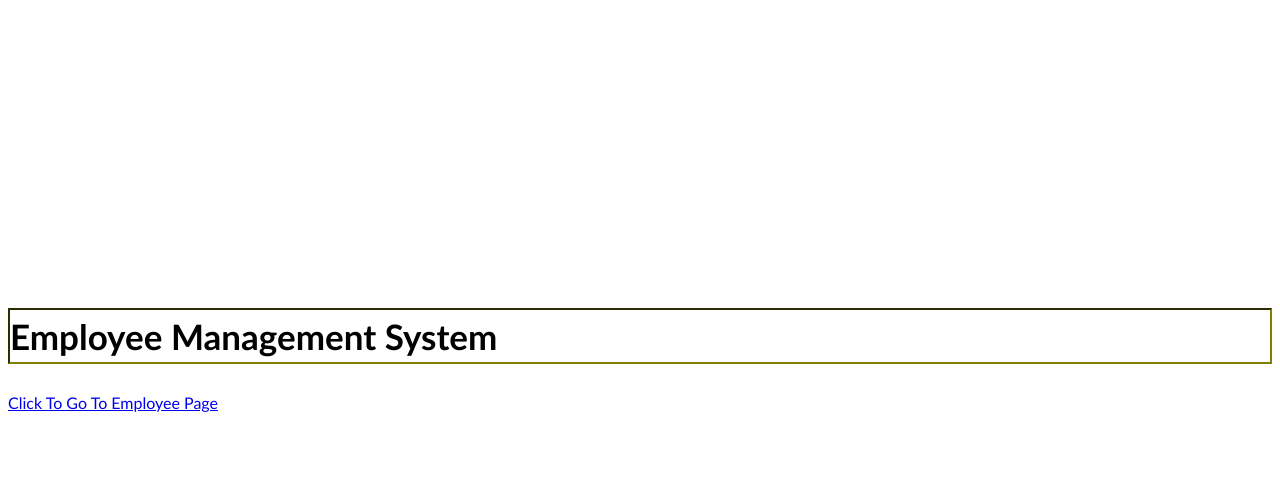
Repository: prieeyatambe/priyatambe_SpringMavenHibernate
Page: http://localhost/Project/
The author's editor kept a copy of each file at every save. The page is drawn from the files as they stood at one save, then again after the next save.
The browser window is 1280 px wide. The pictures show the whole page.
The page is served by Tomcat 9. Other server files are loaded and not shown.

Above is the page before, as saved 2024-03-06 07:15:17.

### SpringMaven/mavenproject/Project/src/main/webapp/index.jsp
<html>
<head>
<style type="text/css">
body{
	align-content: center;
}
h2{
	font-size: 35px;
	font-family: 'Trebuchet MS', 'Lucida Sans Unicode', 'Lucida Grande', 'Lucida Sans', Arial, sans-serif;
	border: 2px olive inset;
	padding: 5px 500px 5px 00px;
}
a{
    font-family: 'Trebuchet MS', 'Lucida Sans Unicode', 'Lucida Grande', 'Lucida Sans', Arial, sans-serif;
}
a:hover{
	color: teal;
}
</style>
</head>
<body>
<h2>Employee Management System</h2>
<a href="list">Click To Go To Employee Page</a>
</body>
</html>

After the next save:
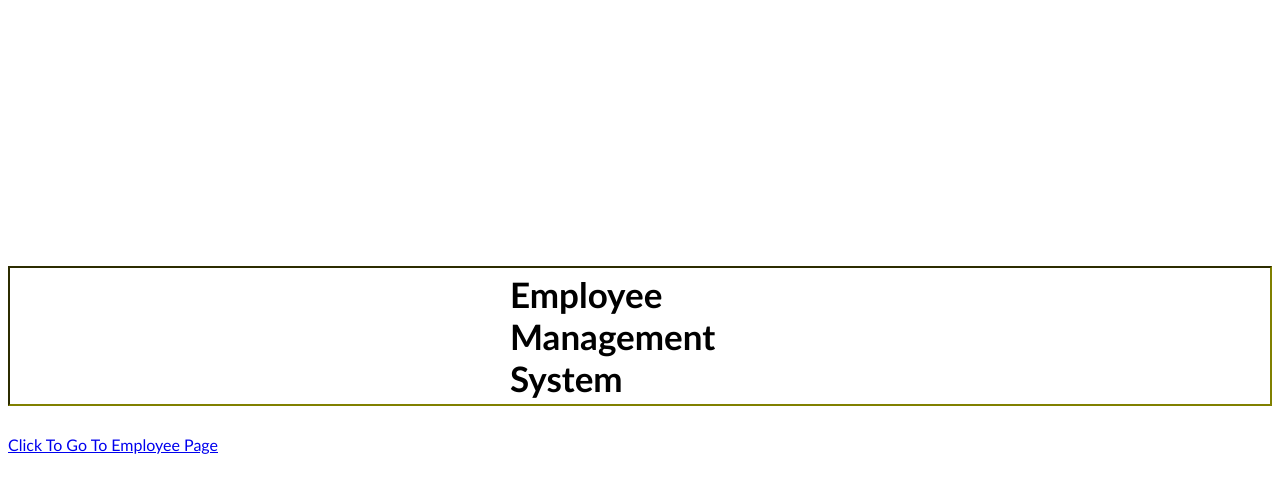
Saved 10 s later.
--- a/SpringMaven/mavenproject/Project/src/main/webapp/index.jsp
+++ b/SpringMaven/mavenproject/Project/src/main/webapp/index.jsp
@@ -8,7 +8,7 @@ h2{
 	font-size: 35px;
 	font-family: 'Trebuchet MS', 'Lucida Sans Unicode', 'Lucida Grande', 'Lucida Sans', Arial, sans-serif;
 	border: 2px olive inset;
-	padding: 5px 500px 5px 00px;
+	padding: 5px 500px 5px 500px;
 }
 a{
     font-family: 'Trebuchet MS', 'Lucida Sans Unicode', 'Lucida Grande', 'Lucida Sans', Arial, sans-serif;
